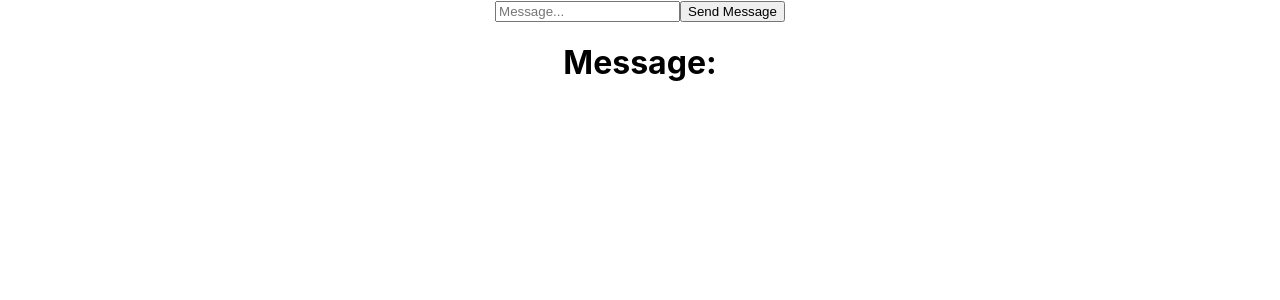
Repository: chadrackkyungu/socket-io
Page: / (app in client/)
The author's editor kept a copy of each file at every save. The page is drawn from the files as they stood at one save, then again after the next save.
The browser window is 1280 px wide. The pictures show the whole page.
The page's requests for data from a server got no answer. The project was rebuilt for these pictures with package versions that can differ from the ones it lists, and the page was loaded fresh each time. No one was signed in, and anything a server would have sent is missing.

Above is the page before, as saved 2023-02-02 15:44:30.

After the next save:
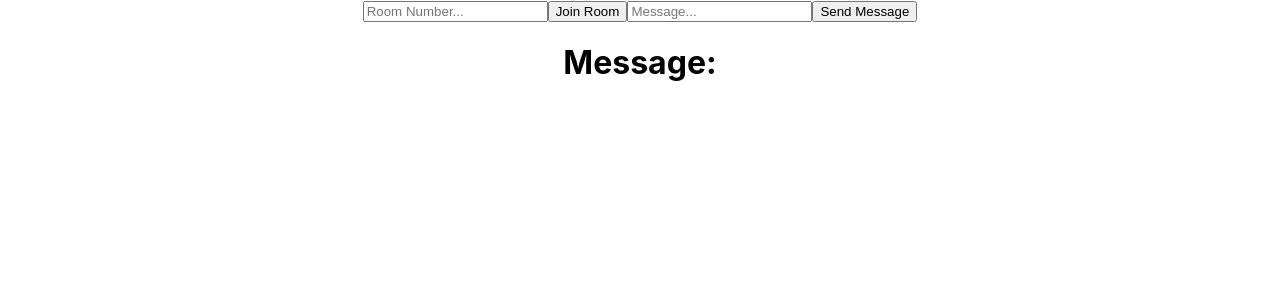
Saved 5 min 58 s later.
--- a/client/src/App.js
+++ b/client/src/App.js
@@ -12,17 +12,16 @@ function App() {
   const [message, setMessage] = useState("");
   const [messageReceived, setMessageReceived] = useState("");
 
+
+  const joinRoom = () => {
+    if (room !== "") {
+      socket.emit("join_room", room);
+    }
+  };
+
   const sendMessage = () => {
-    // = > emit :  means perform an action
     socket.emit("send_message", { message, room });
   };
-
-  // const joinRoom = () => {
-  //   if (room !== "") {
-  //     socket.emit("join_room", room);
-  //   }
-  // };
-
 
   //when this function get executed, it will send the notification back to the backend
   useEffect(() => {
@@ -35,23 +34,12 @@ function App() {
 
   return (
     <div className="App">
-      {/* <input
-        placeholder="Room Number..."
-        onChange={(event) => {
-          setRoom(event.target.value);
-        }}
-      />
-      <button onClick={joinRoom}> Join Room</button> */}
 
+      <input placeholder="Room Number..." onChange={(event) => setRoom(event.target.value)} />
+      <button onClick={joinRoom}> Join Room</button>
 
-      <input
-        placeholder="Message..."
-        onChange={(event) => {
-          setMessage(event.target.value);
-        }}
-      />
+      <input placeholder="Message..." onChange={(event) => setMessage(event.target.value)} />
       <button onClick={sendMessage}> Send Message</button>
-
 
       <h1> Message:</h1>
       {messageReceived}
